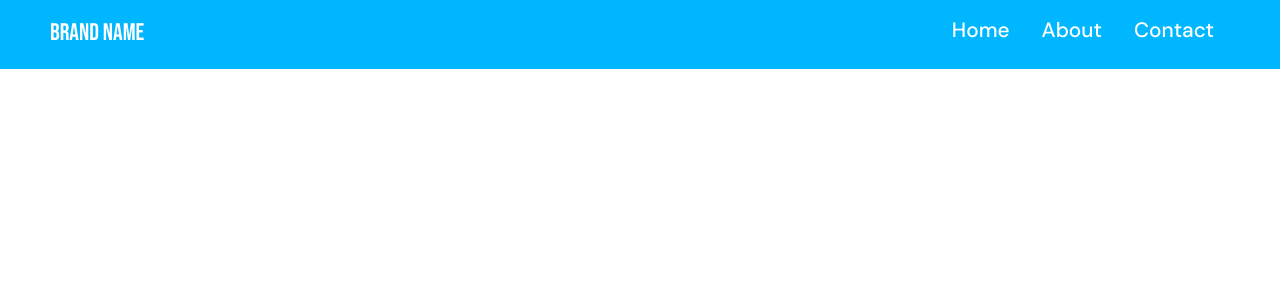
Repository: Jrap-bit/PeriodofSharing
Page: index.html
The author's editor kept a copy of each file at every save. The page is drawn from the files as they stood at one save, then again after the next save.
The browser window is 1280 px wide. The pictures show the whole page.

Above is the page before, as saved 2022-01-13 21:04:38.

After the next save:
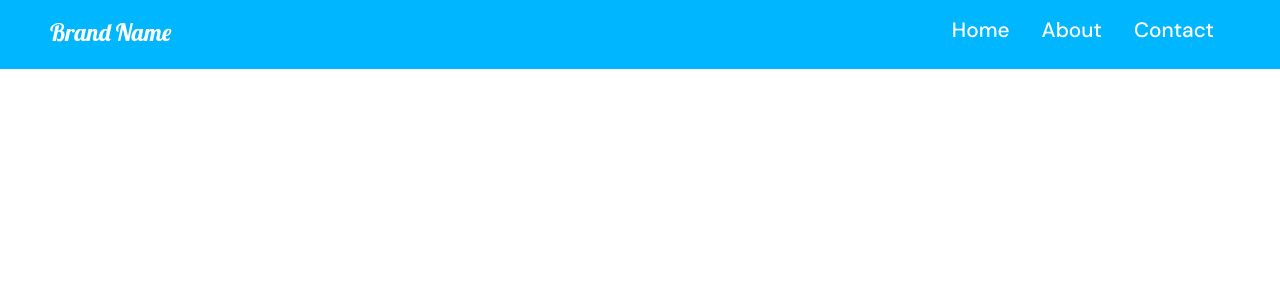
Saved 49 s later.
--- a/style.css
+++ b/style.css
@@ -1,6 +1,5 @@
 @import url('https://fonts.googleapis.com/css2?family=DM+Sans:wght@500&display=swap');
-@import url('https://fonts.googleapis.com/css2?family=Bebas+Neue&display=swap');
-@import url('https://fonts.googleapis.com/css2?family=Bebas+Neue&display=swap');
+@import url('https://fonts.googleapis.com/css2?family=Bebas+Neue&family=Lobster&display=swap');
 * {
     box-sizing: border-box;
     font-family: 'DM Sans', sans-serif;
@@ -25,7 +24,7 @@ html{
 }
 
 .brand-title{
-    font-family: 'Bebas Neue', cursive;
+    font-family: 'Lobster', cursive;
     font-size: 1.5rem;
     margin: 10px 50px;
     margin-bottom: 15px;
